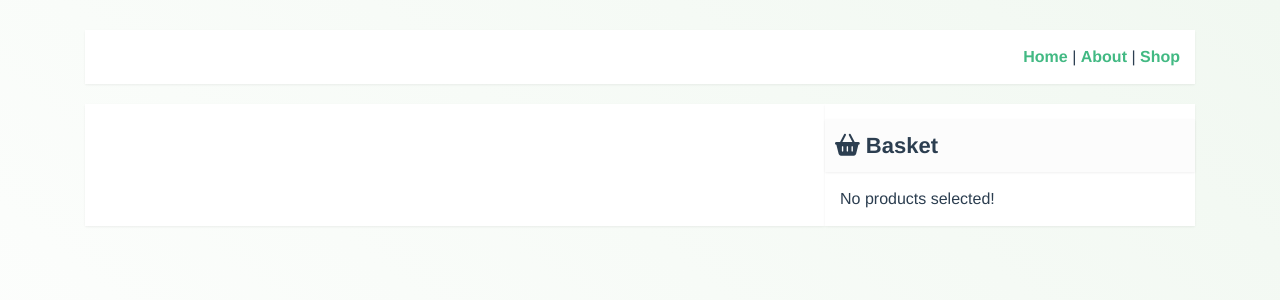
Repository: ramcd86/vuetest
Page: /#/shop
These files come from the project's save history. The page is drawn as it stood at one moment and after the next save; the edit follows.
The browser window is 1280 px wide. The pictures show the whole page.
Some web libraries are served in a nearby version. The project was rebuilt for these pictures with package versions that can differ from the ones it lists, and the page was loaded fresh each time. Requests to the local data server were answered from the project's data file. Also part of the build but not shown: src/components/HelloWorld.vue, src/views/Home.vue.

Above is the page before, as saved 2019-07-09 10:51:13.

### public/index.html
<!DOCTYPE html>
<html lang="en">
  <head>
    <meta charset="utf-8">
    <meta http-equiv="X-UA-Compatible" content="IE=edge">
    <meta name="viewport" content="width=device-width,initial-scale=1.0">
    <link rel="icon" href="<%= BASE_URL %>favicon.ico">
    <link href="https://stackpath.bootstrapcdn.com/bootstrap/4.3.1/css/bootstrap.min.css" rel="stylesheet" integrity="sha384-ggOyR0iXCbMQv3Xipma34MD+dH/1fQ784/j6cY/iJTQUOhcWr7x9JvoRxT2MZw1T" crossorigin="anonymous">
    <title>storeapp</title>
    <style>
    body {
      margin: 0px;
      padding: 0px;
    }
    .container-fluid {
      background: rgb(241,248,241);
      background: -moz-linear-gradient(220deg, rgba(241,248,241,1) 0%, rgba(255,255,255,1) 100%);
      background: -webkit-linear-gradient(220deg, rgba(241,248,241,1) 0%, rgba(255,255,255,1) 100%);
      background: linear-gradient(220deg, rgba(241,248,241,1) 0%, rgba(255,255,255,1) 100%);
      filter: progid:DXImageTransform.Microsoft.gradient(startColorstr="#f1f8f1",endColorstr="#ffffff",GradientType=1);
      min-height: 100vh;
      padding-bottom: 200px;
    }
    </style>
  </head>
  <body>
    <noscript>
      <strong>We're sorry but storeapp doesn't work properly without JavaScript enabled. Please enable it to continue.</strong>
    </noscript>
    <main  class="container-fluid">
    <div id="app"></div>
  </main>
    <!-- built files will be auto injected -->
    <script src="https://kit.fontawesome.com/5e1ed9e834.js"></script>

  </body>
</html>

### src/App.vue
<template>
  <div id="app">
    <div id="nav" class="container">
    <div class="row">
      <div class="col-12 block text-right">
            <router-link to="/">Home</router-link> |
            <router-link to="/about">About</router-link> |
            <router-link :to="{ name: 'shop', params: { queryData } }">Shop</router-link>
      </div>
    </div>
        <router-view />
    </div>

  </div>
</template>


<script>
import { get, post } from "@/helpers/Utilities.js";

export default {


  data() {
    return {
      get: get,
      post: post,

      queryData:  {
        shirts: '',
        shoes: ''
      }
    };
  },

  created() {
    this.get("http://localhost:3000/shirts").then(resp => {
      this.queryData.shirts = JSON.parse(resp);
    });
    this.get("http://localhost:3000/shoes").then(resp => {
      this.queryData.shoes = JSON.parse(resp);
    });

  },

  methods: {},

  mounted() {
    console.log(this.queryData);
  }
};
</script>


<style lang="scss">

.block {
  background-color: #fff;
  padding: 15px;
  // border-radius: 10px;
    box-shadow: 0 1px 3px rgba(0,0,0,0.03), 0 1px 2px rgba(0,0,0,0.03);
  transition: all 0.3s cubic-bezier(.25,.8,.25,1);
  margin-bottom: 20px
}

#app {
  font-family: "Avenir", Helvetica, Arial, sans-serif;
  -webkit-font-smoothing: antialiased;
  -moz-osx-font-smoothing: grayscale;
  // text-align: center;
  color: #2c3e50;
}
#nav {
  padding: 30px;
  a {
    font-weight: bold;
    color: #42b983;
    &.router-link-exact-active {
      color: #42b983;
    }
  }
}
</style>

### src/router.js
import Vue from 'vue'
import Router from 'vue-router'
import Home from './views/Home.vue'
import Shop from './views/Shop.vue'

Vue.use(Router)

export default new Router({
  routes: [
    {
      path: '/',
      name: 'home',
      component: Home
    },
    {
      path: '/shop',
      name: 'shop',
      component: Shop,
      props: true
    },
    {
      path: '/about',
      name: 'about',
      // route level code-splitting
      // this generates a separate chunk (about.[hash].js) for this route
      // which is lazy-loaded when the route is visited.
      component: () => import(/* webpackChunkName: "about" */ './views/About.vue')
    }
  ]
})

### src/helpers/Utilities.js
export const logger = (arg) => {
    console.log(arg);
}


export const post = (value) => {
    return new Promise((resolve, reject) => {
        const request = new XMLHttpRequest();
        request.timeout = 2000;
        request.open('POST', value.url, true);
        request.setRequestHeader('Content-Type', 'application/x-www-form-urlencoded; charset=UTF-8');
        request.send(value.data);
        request.onreadystatechange = (e) => {
            if (request.readyState === 4) {
                if (request.status === 200) {
                    resolve(request.response);
                } else {
                    reject(request.status);
                }
            }
        };
        request.timeout = () => {
            reject("The operation timed out.");
        };
    });

}

export const get = (url) => {
    return new Promise((resolve, reject) => {
        const request = new XMLHttpRequest();
        request.timeout = 2000;
        request.onreadystatechange = function (e) {
            if (request.readyState === 4) {
                if (request.status === 200) {
                    resolve(request.response);
                } else {
                    reject(request.status);
                }
            }
        };
        request.ontimeout = function () {
            reject("The operation timed out.");
        };
        request.open('get', url, true);
        request.send();
    });
}

### src/views/Shop.vue

// Template
<template>
    <div class="row">
    <div class="col-8 block text-left">
        <ProductList v-bind:products="queryData"></ProductList>
    </div>
    <div class="col-4 block text-left">
        <CheckoutStageOne></CheckoutStageOne>
    </div>

    </div>
</template>

// Script
<script>

import ProductList from '@/components/ProductList.vue'
import CheckoutStageOne from '@/components/CheckoutStageOne.vue'

export default {

    components: {
        ProductList,
        CheckoutStageOne
    },

    name: 'shop',

    props: ['queryData'],

    data() {
        return {
            dataSet: [],
            inputData: ''
            }
    },

    created() {
        this.dataSet = this.queryData;
    },

    mounted() {
        // console.log(this.dataSet);
    },

    // watch: {
    //     inputData(val) {
    //         console.log(val)
    //     }
    // }
}
</script>

// Style
<style lang="scss" scoped>


</style>

### src/components/ProductList.vue

// Template
<template>
    <div class="row">
        <div class="col-12">
        <div class="row">
                <div class="col-12 header"><i class="fas fa-tshirt"></i> See our range of Shirts!</div>
                <div class="col-4 clothing-item" v-for="item in products.shirts" v-bind:key="item.id">
                    <div class="col-12 text-center"><i class="fab fa-shirtsinbulk"></i></div>

                    <div class="col-12 text-center"><h2>{{item.shirtName}}</h2></div>

                    <div class="col-12 form-group">
                        <label for="shirtColor">Shirt Color:</label>
                        <select id="shirtColor" :class="formControl + ' _color-' + item.id">
                            <option disabled value="">Please select:</option>
                            <option v-for="(color, index) in item.shirtColor" :key="`color-${index}`" :value="color">{{color}}</option>
                        </select>
                    </div>
                    <div class="col-12 form-group">
                        <label for="shirtSize">Shirt Size:</label>
                        <select id="shirtSize" :class="formControl + ' _size-' + item.id">
                            <option disabled value="">Please select:</option>
                            <option v-for="(size, index) in item.shirtSize" :key="`size-${index}`" :value="size">{{size}}</option>
                        </select>
                    </div>
                    <div class="col-12">
                        <div class="row">
                            <div class="col-12 text-center"><button v-on:click="clickHandler(item)" class="btn btn-success btn-lg">£{{item.price}}</button></div>
                        </div>
                    </div>


                </div>
        </div>

        </div>
    </div>
</template>

// Script
<script>
export default {
    name: 'productlist',

    props: {
        products: Object,
    },

    data() {
        return {
            formControl: 'form-control',
            productData: [],
            }
    },

    created() {
    },

    mounted() {
        // console.log(this.products.shirts[0].shirtColor);
        console.log(this.colorArray);
    },

    methods: {
        clickHandler(item) {

            const selectedItem = {
                id: item.id,
                name: item.shirtName,
                color: document.querySelector(`._color-${item.id}`).value,
                size: document.querySelector(`._size-${item.id}`).value,
                price: item.price
            }

            console.log(selectedItem)
        }
    },

    watch: {

    }
}
</script>

// Style
<style lang="scss" scoped>

    label {
        font-size: 14px;
        font-weight: 300;
    }

    .header {
        background-color: rgb(252, 252, 252);
        // margin-left: 15px;
        font-size: 22px;
        font-weight: 600;
        padding: 10px;
        margin-bottom: 15px;
        box-shadow: 0 1px 3px rgba(0,0,0,0.03), 0 1px 2px rgba(0,0,0,0.03);
        transition: all 0.3s cubic-bezier(.25,.8,.25,1);
    }



    h2 {
        font-size: 26px;
        font-weight: 900;
    }

    h3 {
        padding-top: 3px;
        font-size: 22px;
        color: green;
        font-weight: 600;
    }

    .clothing-item {
        margin: {
            top: 10px;
            bottom: 45px;
        }
        padding-bottom: 10px;
        border-bottom: 10px solid white;
            i {
        font-size: 160px;
        margin-top: 10px;
        margin-bottom: 10px;
        color: #555;
    }
        &:hover {
            background-color: rgb(247, 255, 248);
            cursor: pointer;
            border-bottom: 10px solid #eee;
            h3 {
                text-decoration: underline;
            }
            i {
                color: green;
            }
        }
    }

</style>

### src/components/CheckoutStageOne.vue
<template>
    <div class="row">
        <div class="col-12 header">
            <i class="fas fa-shopping-basket"></i> Basket
        </div>
        <div v-if="!selectedProducts" class="col-12">
            <span class="checkout-item">No products selected!</span>
        </div>
        <div v-if="selectedProducts" class="col-12">
            <span class="checkout-item">{{selectedProducts.name}}</span>
            <span class="checkout-item">{{selectedProducts.size}}</span>
            <span class="checkout-item">{{selectedProducts.color}}</span>
            <span class="checkout-item">{{selectedProducts.price}}</span>
            <span class="checkout-item">{{selectedProducts.quantity}}</span>
        </div>

    </div>
</template>

<script>
export default {
    name: 'checkoutstageone',

    props: {
        selectedProducts: Object
    },

    data() {
        return {

        }
    }
}
</script>

<style lang="scss" scoped>

    .header {
        background-color: rgb(252, 252, 252);
        // margin-left: 15px;
        font-size: 22px;
        font-weight: 600;
        padding: 10px;
        margin-bottom: 15px;
        box-shadow: 0 1px 3px rgba(0,0,0,0.03), 0 1px 2px rgba(0,0,0,0.03);
        transition: all 0.3s cubic-bezier(.25,.8,.25,1);
    }

    .checkout-item {
        display: block;
    }

</style>

### src/mock/db.json
{
  "employees": [
    {
      "id": 1,
      "first_name": "Sebastian",
      "last_name": "Eschweiler",
      "email": "sebastian@codingthesmartway.com"
    },
    {
      "id": 2,
      "first_name": "Steve",
      "last_name": "Palmer",
      "email": "steve@codingthesmartway.com"
    },
    {
      "id": 3,
      "first_name": "Ann",
      "last_name": "Smith",
      "email": "ann@codingthesmartway.com"
    }
  ],
  "shirts": [
    {
      "id": 1,
      "shirtName": "Long Polo",
      "shirtColor": ["Black", "White", "Hawaiian", "Blue", "Yellow", "Red", "Green"],
      "shirtSize": ["XXS", "XS", "S", "M", "L", "XL", "XXL"],
      "price": 10.99
    },
    {
        "id": 2,
        "shirtName": "V-Neck Cuff",
        "shirtColor": ["Black", "White", "Hawaiian", "Blue", "Yellow", "Red", "Green"],
        "shirtSize": ["XXS", "XS", "S", "M", "L", "XL", "XXL"],
        "price": 9.99
      },
      {
        "id": 3,
        "shirtName": "Patch Tee",
        "shirtColor": ["Black", "White", "Hawaiian", "Blue", "Yellow", "Red", "Green"],
        "shirtSize": ["XXS", "XS", "S", "M", "L", "XL", "XXL"],
        "price": 13.99
      },
      {
        "id": 4,
        "shirtName": "High Tee",
        "shirtColor": ["Black", "White", "Hawaiian", "Blue", "Yellow", "Red", "Green"],
        "shirtSize": ["XXS", "XS", "S", "M", "L", "XL", "XXL"],
        "price": 19.99
      },
      {
        "id": 5,
        "shirtName": "Low Tee",
        "shirtColor": ["Black", "White", "Hawaiian", "Blue", "Yellow", "Red", "Green"],
        "shirtSize": ["XXS", "XS", "S", "M", "L", "XL", "XXL"],
        "price": 20.99
      },
      {
        "id": 6,
        "shirtName": "Round Cut",
        "shirtColor": ["Black", "White", "Hawaiian", "Blue", "Yellow", "Red", "Green"],
        "shirtSize": ["XXS", "XS", "S", "M", "L", "XL", "XXL"],
        "price": 16.99
      },
      {
        "id": 7,
        "shirtName": "Short Cut",
        "shirtColor": ["Black", "White", "Hawaiian", "Blue", "Yellow", "Red", "Green"],
        "shirtSize": ["XXS", "XS", "S", "M", "L", "XL", "XXL"],
        "price": 12.99
      },
      {
        "id": 8,
        "shirtName": "Button Trim",
        "shirtColor": ["Black", "White", "Hawaiian", "Blue", "Yellow", "Red", "Green"],
        "shirtSize": ["XXS", "XS", "S", "M", "L", "XL", "XXL"],
        "price": 7.99
      },
      {
        "id": 9,
        "shirtName": "High Top Cut",
        "shirtColor": ["Black", "White", "Hawaiian", "Blue", "Yellow", "Red", "Green"],
        "shirtSize": ["XXS", "XS", "S", "M", "L", "XL", "XXL"],
        "price": 5.99
      }
  ],
  "shoes": [
    {
      "id": 1,
      "shirtName": "Nike Run",
      "shirtColor": ["Street", "Green", "Rainbow", "Panther", "Cammo", "Sports", "Electric"],
      "shirtSize": [4, 5, 6, 7, 8, 9, 10, 11, 12, 13],
      "price": 59.99
    },
    {
        "id": 2,
        "shirtName": "Asics Treader",
        "shirtColor": ["Street", "Green", "Rainbow", "Panther", "Cammo", "Sports", "Electric"],
        "shirtSize": [4, 5, 6, 7, 8, 9, 10, 11, 12, 13],
        "price": 49.99
      },
      {
        "id": 3,
        "shirtName": "Reebok Feet",
        "shirtColor": ["Street", "Green", "Rainbow", "Panther", "Cammo", "Sports", "Electric"],
        "shirtSize": [4, 5, 6, 7, 8, 9, 10, 11, 12, 13],
        "price": 99.99
      },
      {
        "id": 4,
        "shirtName": "Addidias Hiker",
        "shirtColor": ["Street", "Green", "Rainbow", "Panther", "Cammo", "Sports", "Electric"],
        "shirtSize": [4, 5, 6, 7, 8, 9, 10, 11, 12, 13],
        "price": 39.99
      },
      {
        "id": 5,
        "shirtName": "Maran AmBUlates",
        "shirtColor": ["Street", "Green", "Rainbow", "Panther", "Cammo", "Sports", "Electric"],
        "shirtSize": [4, 5, 6, 7, 8, 9, 10, 11, 12, 13],
        "price": 149.99
      },
      {
        "id": 6,
        "shirtName": "House Sprinters",
        "shirtColor": ["Street", "Green", "Rainbow", "Panther", "Cammo", "Sports", "Electric"],
        "shirtSize": [4, 5, 6, 7, 8, 9, 10, 11, 12, 13],
        "price": 89.99
      },
      {
        "id": 7,
        "shirtName": "Dukang Ionics",
        "shirtColor": ["Street", "Green", "Rainbow", "Panther", "Cammo", "Sports", "Electric"],
        "shirtSize": [4, 5, 6, 7, 8, 9, 10, 11, 12, 13],
        "price": 239.99
      },
      {
        "id": 8,
        "shirtName": "Yeezy's",
        "shirtColor": ["Street", "Green", "Rainbow", "Panther", "Cammo", "Sports", "Electric"],
        "shirtSize": [4, 5, 6, 7, 8, 9, 10, 11, 12, 13],
        "price": 239.99
      },
      {
        "id": 9,
        "shirtName": "Fetchwear Black Opal",
        "shirtColor": ["Black", "White", "Hawaiian", "Blue", "Yellow", "Red", "Green"],
        "shirtSize": ["XXS", "XS", "S", "M", "L", "XL", "XXL"],
        "price": 74.99
      }
  ]
}

### src/store/store.js
import Vue from 'vue';

export const store = Vue.observable({
    dataState: {
        shoes: [],
        shirts: []
    },
    purchaseState: []
})

export const mutate = {
    setShoes(state) {
        store.dataState.shoes = state;
    },
    setShirts(state) {
        store.dataState.shirts = state;
    },
    setPurchaseState(state) {
        console.log('state', state)
        store.purchaseState.push(state);
        console.log(store.purchaseState);
    },
    prunePurchaseState(index) {
        store.purchaseState.splice(index, 1)
    },
    incrementPurchaseState(index) {
        store.purchaseState[index].quantity = store.purchaseState[index].quantity + 1;
        store.purchaseState[index].displayPrice = store.purchaseState[index].price * store.purchaseState[index].quantity;
        store.purchaseState[index].displayPrice = store.purchaseState[index].displayPrice.toFixed(2);
        store.purchaseState[index].displayPrice = parseInt(store.purchaseState[index].displayPrice);
    },
    decrementPurchaseState(index) {
        store.purchaseState[index].quantity = store.purchaseState[index].quantity - 1;
        store.purchaseState[index].displayPrice = store.purchaseState[index].price * store.purchaseState[index].quantity;
        store.purchaseState[index].displayPrice = store.purchaseState[index].displayPrice.toFixed(2);
        store.purchaseState[index].displayPrice = parseInt(store.purchaseState[index].displayPrice);
        if (store.purchaseState[index].quantity <= 0) {
            this.prunePurchaseState(index);
        }
    }
}

Loaded but not shown: src/main.js (common file)

After the next save:
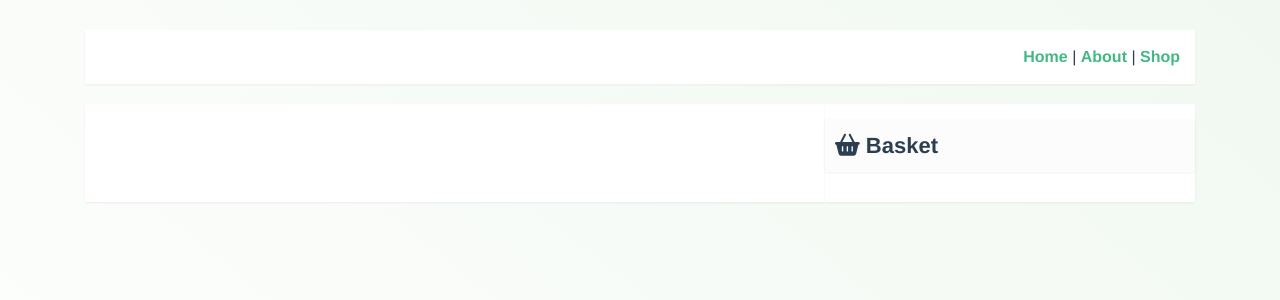
Saved 39 min 6 s later.
--- a/src/components/CheckoutStageOne.vue
+++ b/src/components/CheckoutStageOne.vue
@@ -1,53 +1,132 @@
 <template>
-    <div class="row">
-        <div class="col-12 header">
-            <i class="fas fa-shopping-basket"></i> Basket
+  <div class="row">
+    <div class="col-12 header">
+      <i class="fas fa-shopping-basket"></i> Basket
+    </div>
+    <div v-if="!selectedProducts" class="col-12">
+      <span class="checkout-item">No products selected!</span>
+      {{selectedProducts}}
+    </div>
+    <div v-if="selectedProducts" class="col-11 m-auto" style="position: sticky; top: 0px;">
+      <div
+        v-for="(item, index) in selectedProducts"
+        :key="`item-${index}`"
+        class="row selected-product"
+      >
+        <div class="col-12">Name: {{item.name}}</div>
+        <div class="col-12">Size: {{item.size}}</div>
+        <div class="col-12">Color: {{item.color}}</div>
+        <div class="col-12">
+          Price:
+          <span class="price">£{{item.displayPrice}}</span>
         </div>
-        <div v-if="!selectedProducts" class="col-12">
-            <span class="checkout-item">No products selected!</span>
+        <div class="col-12 quantity">
+          Quantity:
+          <i class="fas fa-minus-circle" @click="decrementQuantity(index)"></i>
+          {{item.quantity}}
+          <i
+            class="fas fa-plus-circle"
+            @click="incrementQuantity(index)"
+          ></i>
         </div>
-        <div v-if="selectedProducts" class="col-12">
-            <span class="checkout-item">{{selectedProducts.name}}</span>
-            <span class="checkout-item">{{selectedProducts.size}}</span>
-            <span class="checkout-item">{{selectedProducts.color}}</span>
-            <span class="checkout-item">{{selectedProducts.price}}</span>
-            <span class="checkout-item">{{selectedProducts.quantity}}</span>
+        <div class="col-12 text-right">
+          <button class="btn btn-outline-warning btn-sm" @click="prune(index)">Remove</button>
         </div>
-
+      </div>
     </div>
+  </div>
 </template>
 
 <script>
+import { store, mutate } from "@/store/store.js";
+
 export default {
-    name: 'checkoutstageone',
+  name: "checkoutstageone",
 
-    props: {
-        selectedProducts: Object
+  data() {
+    return {
+      selectedProducts: store.purchaseState,
+      totalPrice: 0
+    };
+  },
+
+  mounted() {},
+
+  methods: {
+    prune(index) {
+      mutate.prunePurchaseState(index);
     },
+    incrementQuantity(index) {
+      mutate.incrementPurchaseState(index);
+    },
+    decrementQuantity(index) {
+      mutate.decrementPurchaseState(index);
+    }
+  },
 
-    data() {
-        return {
-
-        }
+  watch: {
+    selectedProducts(value) {
+      //   console.log(value);
+      //   this.totalPrice = 0;
+      //   value.forEach(element => {
+      //     this.totalPrice = this.totalPrice + element.displayPrice;
+      //   });
+      //   console.log(this.totalPrice);
+      let localVal = 0;
+      for (let i = 0; i < value.length; i++) {
+        localVal = localVal + value[i].displayPrice;
+        console.log(localVal);
+      }
     }
-}
+  }
+};
 </script>
 
 <style lang="scss" scoped>
+button {
+  padding: 5px;
+  margin: {
+    top: 10px;
+  }
+}
 
-    .header {
-        background-color: rgb(252, 252, 252);
-        // margin-left: 15px;
-        font-size: 22px;
-        font-weight: 600;
-        padding: 10px;
-        margin-bottom: 15px;
-        box-shadow: 0 1px 3px rgba(0,0,0,0.03), 0 1px 2px rgba(0,0,0,0.03);
-        transition: all 0.3s cubic-bezier(.25,.8,.25,1);
-    }
+.quantity {
+    -webkit-user-select: none;  /* Chrome all / Safari all */
+  -moz-user-select: none;     /* Firefox all */
+  -ms-user-select: none;      /* IE 10+ */
+  user-select: none;          /* Likely future */
+}
 
-    .checkout-item {
-        display: block;
-    }
+.selected-product {
+  padding: 10px;
+  font-weight: 900;
+  background-color: rgb(247, 255, 248);
+  margin: {
+    top: 10px;
+    bottom: 10px;
+  }
+  border-radius: 10px;
+  i {
+    color: green;
+    cursor: pointer;
+  }
+  .price {
+    color: green;
+  }
+}
 
+.header {
+  background-color: rgb(252, 252, 252);
+  // margin-left: 15px;
+  font-size: 22px;
+  font-weight: 600;
+  padding: 10px;
+  margin-bottom: 15px;
+  box-shadow: 0 1px 3px rgba(0, 0, 0, 0.03), 0 1px 2px rgba(0, 0, 0, 0.03);
+  transition: all 0.3s cubic-bezier(0.25, 0.8, 0.25, 1);
+}
+
+.checkout-item {
+  display: block;
+}
 </style>
